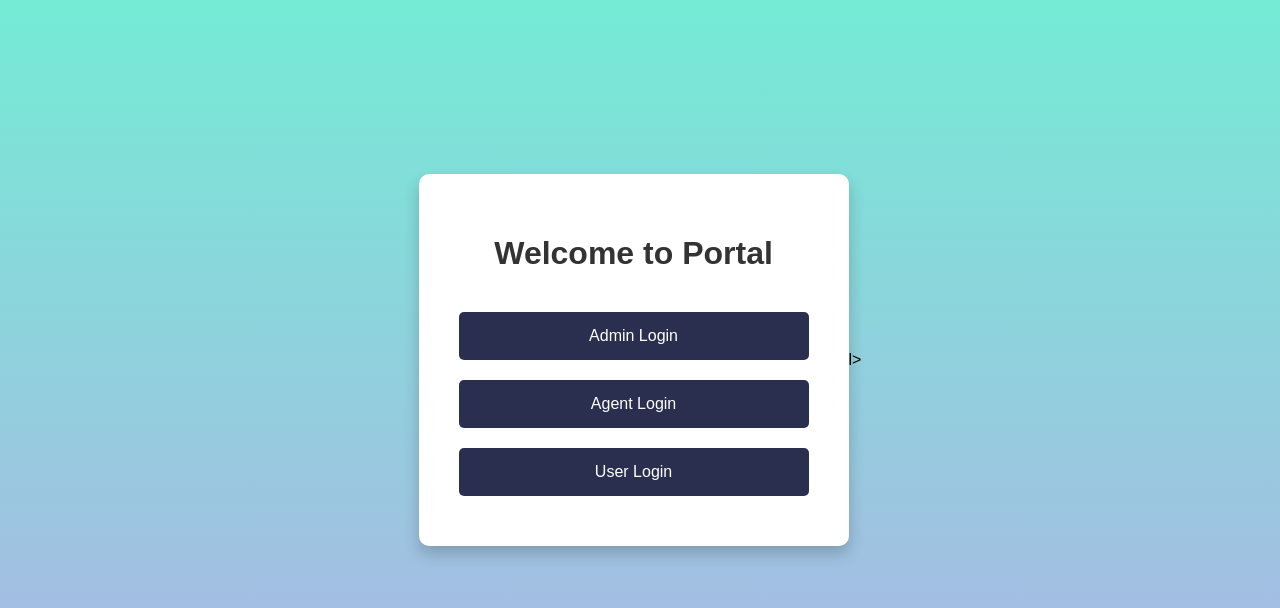
Repository: Rupeswarbhainsa777/Food-Web-App
Page: http://localhost/TapFoodApp/AlltypeLogin.jsp
An editor plug-in stored every save of this project. The page is shown before and after the next save, followed by the edit.
The browser window is 1280 px wide. The pictures show the whole page.
The page is served by Tomcat 10. Other server files are loaded and not shown.

Above is the page before, as saved 2025-04-27 16:37:35.

### TapFoodApp/src/main/webapp/AlltypeLogin.jsp
<%@ page language="java" contentType="text/html; charset=UTF-8" pageEncoding="UTF-8"%>
<!DOCTYPE html>
<html>
<head>
<meta charset="UTF-8">
<title>Login Portal</title>

<style>
    body {
        font-family: Arial, sans-serif;
        background: linear-gradient(#74ebd5, #ACB6E5);
        height: 100vh;
        margin: 0;
        display: flex;
        justify-content: center;
        align-items: center;
    }
    .login-container {
        background: #fff;
        padding: 40px;
        border-radius: 10px;
        box-shadow: 0 8px 16px rgba(0,0,0,0.2);
        width: 350px;
        text-align: center;
    }
    .login-container h1 {
        margin-bottom: 30px;
        color: #333;
    }
    .role-button {
        background-color: #2A2F4F;
        color: white;
        border: none;
        padding: 15px 25px;
        margin: 10px 0;
        border-radius: 5px;
        width: 100%;
        font-size: 16px;
        cursor: pointer;
        transition: background-color 0.3s;
    }
    .role-button:hover {
        background-color: #1d2036;
    }
</style>

</head>
<body>

<div class="login-container">
    <h1>Welcome to Portal</h1>

    <!-- Admin Login -->
    <form action="AdminLogin.jsp" method="post">
        <button type="submit" class="role-button">Admin Login</button>
    </form>

    <!-- Agent Login -->
    <form action="AgentLogin.jsp" method="post">
        <button type="submit" class="role-button">Agent Login</button>
    </form>

    <!-- User Login -->
    <form action="UserLogin.jsp" method="post">
        <button type="submit" class="role-button">User Login</button>
    </form>
</div>

</body>
</html>
l>

After the next save:
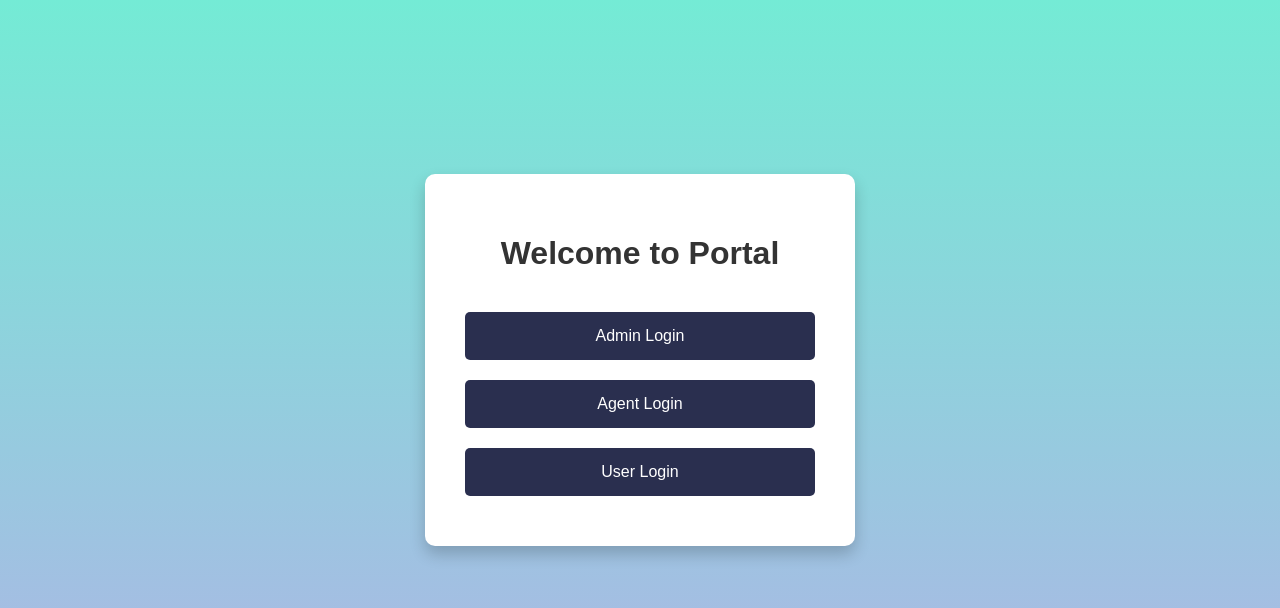
Saved 47 s later.
--- a/TapFoodApp/src/main/webapp/AlltypeLogin.jsp
+++ b/TapFoodApp/src/main/webapp/AlltypeLogin.jsp
@@ -68,4 +68,3 @@
 
 </body>
 </html>
-l>
